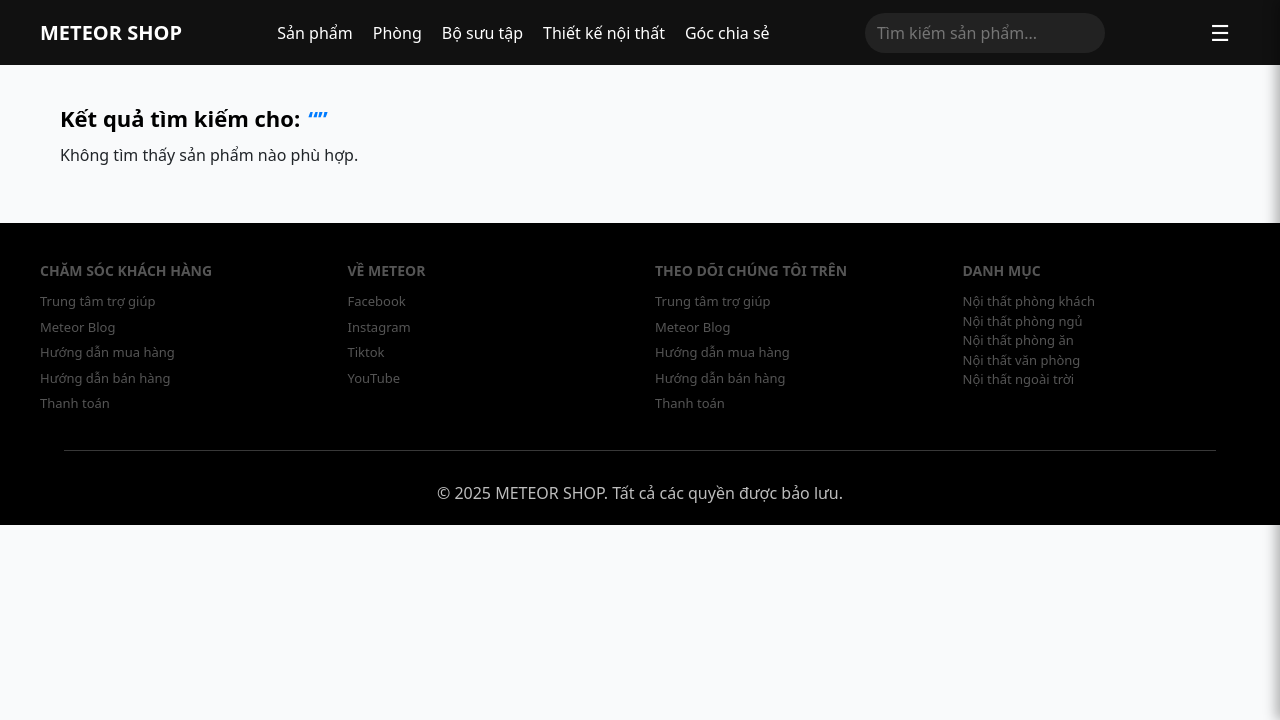
Repository: viethoa0411/Meteor-Shop
Page: http://localhost/search
These files come from the project's save history. The page is drawn as it stood at one moment and after a run of saves; the edit follows.
The browser window is 1280 px wide. The pictures show the whole page.
The page is served by the project's Laravel application, run on PHP 8.4 with Laravel 12. Other server files are loaded and not shown. The database holds what the project's SQL file puts in it.

Above is the page before, as saved 2025-11-09 19:27:45.

### app/Http/Controllers/Client/ProductPublicController.php
<?php

namespace App\Http\Controllers\Client;

use App\Http\Controllers\Controller;
use App\Models\Product;
use App\Models\Category;
use Illuminate\Http\Request;

class ProductPublicController extends Controller
{
    public function search(Request $request)
    {
        $searchQuery = trim($request->input('query'));
        $sort = $request->input('sort', 'popular');
        $categoryId = $request->input('category');

        // Lấy tất cả danh mục đang hoạt động
        $cate = Category::query()
            ->select(['id', 'name', 'slug', 'description', 'parent_id', 'status'])
            ->where('status', 1)
            ->get();

        // Nếu không có từ khóa tìm kiếm, trả về danh sách rỗng
        if (!$searchQuery) {
            $products = collect();
            return view('client.search', compact('products', 'searchQuery', 'cate'));
        }

        // Truy vấn sản phẩm theo từ khóa
        $query = Product::query()
            ->select(['id', 'name', 'slug', 'price', 'image', 'status', 'description', 'created_at', 'category_id'])
            ->where('status', 1)
            ->where(function ($q) use ($searchQuery) {
                $q->where('name', 'LIKE', "%{$searchQuery}%")
                  ->orWhere('description', 'LIKE', "%{$searchQuery}%")
                  ->orWhere('slug', 'LIKE', "%{$searchQuery}%");
            });

        // Lọc theo danh mục nếu có
        if ($categoryId) {
            $query->where('category_id', $categoryId);
        }

        // Sắp xếp theo lựa chọn
        switch ($sort) {
            case 'price_asc':
                $query->orderBy('price', 'asc');
                break;
            case 'price_desc':
                $query->orderBy('price', 'desc');
                break;
            case 'newest':
                $query->orderBy('created_at', 'desc');
                break;
        }

        $products = $query->paginate(8)->withQueryString();

        return view('client.search', compact('products', 'searchQuery', 'cate'));
    }
}

### app/Models/Category.php
<?php

namespace App\Models;

use Illuminate\Database\Eloquent\Model;

class Category extends Model
{
    protected $table = 'categories';
    protected $fillable = [
        'name',
        'slug',
        'description',
        'parent_id',
        'status'
    ];

    public function parent()
    {
        return $this->belongsTo(Category::class, 'parent_id');
    }

    public function children()
    {
        return $this->hasMany(Category::class, 'parent_id')->with('children');
    }
}

### resources/views/client/search.blade.php
@extends('client.layouts.app')

@section('title', 'Kết quả tìm kiếm')

@section('content')
<div style="padding: 40px 20px; max-width: 1200px; margin: 0 auto;">

    <!-- Tiêu đề -->
    <h2 style="font-size: 22px; font-weight:600; margin-bottom:12px; display:flex; align-items:center; gap:8px;">
        Kết quả tìm kiếm cho:
        <span style="color:#007bff;">“{{ $searchQuery }}”</span>
    </h2>


    @if($products->isEmpty())
        <p>Không tìm thấy sản phẩm nào phù hợp.</p>
    @else
        <p style="color:#666; font-size:14px; margin-bottom:24px;">
            Tìm thấy <strong>{{ $products->total() }}</strong> sản phẩm phù hợp.
        </p>

        <!-- Bộ lọc sắp xếp -->
<form method="GET" action="{{ route('client.product.search') }}" style="margin-bottom: 20px;">
    <input type="hidden" name="query" value="{{ $searchQuery }}">
    <label for="sort" style="font-weight: 500; margin-right: 8px;">Sắp xếp theo:</label>
    <select name="sort" id="sort" onchange="this.form.submit()" style="padding: 6px 12px; border-radius: 4px;">
        <option value="newest" {{ request('sort') == 'newest' ? 'selected' : '' }}>Mới nhất</option>
        <option value="price_asc" {{ request('sort') == 'price_asc' ? 'selected' : '' }}>Theo giá: Thấp đến cao</option>
        <option value="price_desc" {{ request('sort') == 'price_desc' ? 'selected' : '' }}>Theo giá: Cao đến thấp</option>
    </select>
</form>

        <!-- Lưới sản phẩm -->
        <div class="grid-products">
            @foreach ($products as $p)
                <a href="{{ route('client.product.detail', $p->slug) }}" class="product-card">
                    <div class="product-img">
                        <img
                            src="{{ $p->image ? asset('storage/'.$p->image) : 'https://via.placeholder.com/400x400?text=No+Image' }}"
                            alt="{{ $p->name }}">
                    </div>
                    <div class="product-name">{{ $p->name }}</div>
                    <div class="product-price">{{ number_format($p->price, 0, ',', '.') }} đ</div>
                </a>
            @endforeach
        </div>

        <!-- Phân trang -->
        <div style="margin-top: 30px;">
            {{ $products->links() }}
        </div>
    @endif
</div>
@endsection

### resources/views/client/layouts/app.blade.php
<!DOCTYPE html>
<html lang="vi">
<head>
    <meta charset="UTF-8">
    <title>@yield('title', 'Meteor Shop')</title>
    <link href="https://cdn.jsdelivr.net/npm/bootstrap@5.3.2/dist/css/bootstrap.min.css" rel="stylesheet">
    <link href="https://cdn.jsdelivr.net/npm/bootstrap-icons@1.10.5/font/bootstrap-icons.css" rel="stylesheet">
    <link rel="stylesheet" href="https://cdnjs.cloudflare.com/ajax/libs/font-awesome/6.4.0/css/all.min.css">
    <meta name="viewport" content="width=device-width, initial-scale=1">
    {{-- <link rel="stylesheet" href="{{ asset('css/app.css') }}"> --}}
    <style>
        body {
            font-family: system-ui, -apple-system, BlinkMacSystemFont, 'Segoe UI', Roboto, Oxygen, Ubuntu, Cantarell, 'Open Sans', 'Helvetica Neue', sans-serif;
            background: #f9fafb;
            margin: 0;
        }

        header {
            max-width: 100%;
            padding: 24px;
            background: #111;
            margin: 0 auto;
            color: #fff;
            padding: 5px 10px;
        }

        /* Header chính */
        .header {
            bottom: #111;
            color: #fff;
            padding: 10px 0;
            position: relative;
        }

        .container-header {
            max-width: 1200px;
            margin: 0 auto;
            display: flex;
            align-items: center;
            justify-content: space-between;
            gap: 16px;
        }

        /* Logo */
        .logo a{
            color: #fff;
            text-decoration: none;
            font-size: 20px;
            font-weight: 600;
        }

        /* Menu ngang */
        .main-nav ul {
            list-style: none;
            display: flex;
            gap: 20px;
            margin: 0;
            padding: 0;
        }

        .main-nav a {
            color: #fff;
            text-decoration: none;
            font-style: 14px;
            font-weight: 500;
            transition: color 0.3s;
        }

        .main-nav a:hover {
            color: #ffb703;
        }

        /* Ô tìm kiếm */
        .search-box {
            display: flex;
            align-items: center;
            background: #222;
            border-radius: 20px;
            overflow: hidden;
            width: 20%;
        }

        .search-box input {
            float: 1;
            padding: 8px 12px;
            border: none;
            background: transparent;
            color: #fff;
        }

        .search-box button {
            background: none;
            border: none;
            color: #fff;
            padding: 8px 10px;
            cursor: pointer;
        }

        .search-box button:hover {
            color: #ffb703;
        }

        /* Icon ☰ nằm cùng dòng */
        .menu-toggle {
            font-size: 22px;
            cursor: pointer;
            padding: 6px 10px;
            transition: color 0.3s;
        }

        .menu-toggle:hover {
             color: #ffb703;
        }

        /* MENU DỌC */
        .vertical-menu {
            position: fixed;
            top: 0;
            right: -33%;
            width: 33%;
            height: 100vh;
            background: rgb(91, 101, 101);
            display: flex;
            flex-direction: column;
            padding: 20px;
            box-shadow: -4px 0 12px  rgba(0, 0, 0, 0.3);
            transition: right 0.3s ease;
            z-index: 1001;
        }

        .vertical-menu a {
            color: #fff;
            text-decoration: none;
            padding: 10px 0;
            font-weight: 500;
        }

        .vertical-menu.active {
            right: 0;
        }

        /* Lớp mờ nền */
        .overlay {
            position: fixed;
            top: 0;
            left: 0;
            width: 100%;
            height: 100vh;
            background: rgba(0, 0, 0, 0.3);
            display: none;
            z-index: 1000;
        }

        .overlay.active {
            display: block;
        }

        footer {
            max-width: 100%;
            padding: 24px;
            background-color: #111;
            margin: 0 auto;
            color: #fff;
            padding: 10px 15px;
        }

        a {
            text-decoration: none;
            color: inherit;
        }

        .product-card {
            background: #fff;
            border-radius: 8px;
            box-shadow: 0 4px 12px rgba(0,0,0,.05);
            padding: 16px;
            display: flex;
            flex-direction: column;
            overflow: hidden; /* giữ ảnh trong khung khi zoom */
            transition: transform 0.3s ease; /* mượt khi hover */
        }

        .product-card:hover {
            transform: translateY(-20px);  /* nâng nhẹ toàn thẻ */
            padding: 16px;
        }

        .product-card img {
            width: 100%;
            aspect-ratio: 1/1; /* giữ tỉ lệ vuông */
            object-fit: cover;
            border-radius: 6px;
            background: #eee;
            transition: transform 0.4s ease; /* hiệu ứng phóng to mượt */
            display: block;
            transform-origin: center center; /* phóng to từ tâm ảnh */
        }

        .product-name {
            font-size: 16px;
            font-weight: 600;
            color: #111;
            margin: 12px 0 4px;
            line-height: 1.4;
            display: -webkit-box;
            -webkit-line-clamp: 2 ; /* số dòng muốn hiển thị */
            -webkit-box-orient: vertical;
            overflow: hidden;
            text-overflow: ellipsis;
        }

        .product-name:hover {
            color: #09f;
            text-decoration: underline;
        }

        .product-price {
            color: #d41;
            font-weight: 600;
            font-size: 15px;
        }

        .grid-products {
            display: grid;
            grid-template-columns: repeat(auto-fill, minmax(calc(90%/4), 1fr));
            align-items: stretch;  /* đảm bảo các ô cao bằng nhau */
            gap: 24px;
        }

        .badge-new {
            font-size: 12px;
            font-weight: 500;
            background: #111;
            color: #fff;
            display: inline-block;
            padding: 2px 8px ;
            border-radius: 10px;
        }

        .related-wrap {
            display: grid;
            grid-template-columns:  repeat(auto-fill, minmax(180px, 1fr));
            gap: 20px;
        }

        .slide-wrapper  {
            position: relative;
            width: 100%;
            max-width: 100%;
            height: 600px;
            overflow: hidden;
            margin-bottom: 24px;
        }

        .slide {
            position: absolute;
            inset: 0;
            display:flex;
            flex-direction: column;
            align-items: center;
            justify-content: center;
            opacity: 0;
            transition: opacity .7s
        }

        .slide.active{
            opacity:  1;
        }

        .imageSlide {
            width: 100vw;
            height: 90vh;
            object-fit: cover;
            position: absolute;
            z-index: -1;
            filter: brightness(0.6)
        }

        h2 {
            color: #000;
            font-size: 2em;
            margin-bottom: 20px;
            z-index: 1
        }

        /* button {
            z-index: 1;
            padding: 10px 20px ;
            border: none;
            border-radius: 8px;
            background: #09f;
            color: #fff;
            cursor: pointer;
            font-style: 1em;
        } */

        .article-card:hover {
            transform: translateY(-10px);
            box-shadow: 0 8ox 20px rgba(0,0,0,0.15);
        }

        @media (max-width:776px) {
            .room{grid-template-columns: 1fr !important;
        }}

        @media (max-width:776px) {
            .grid-products{
                grid-template-columns: repeat(2, 1fr) !important;
                gap: 16px;
        }}
    </style>
    @stack('head')

</head>
<body>

    <header class="header">
        <div class="container-header">
            {{-- Logo --}}
            <div class="logo">
                <a href="{{ route('client.home') }}">METEOR SHOP</a>
            </div>

            {{-- Menu ngang --}}
            <nav class="main-nav">
                <ul>
                    <li><a href="#">Sản phẩm</a></li>
                    <li><a href="#">Phòng</a></li>
                    <li><a href="#">Bộ sưu tập</a></li>
                    <li><a href="#">Thiết kế nội thất</a></li>
                    <li><a href="#">Góc chia sẻ</a></li>
                </ul>
            </nav>
            <!-- Ô tìm kiếm -->
            {{-- <form action="{{ route('client.product.search') }}" method="GET" class="search-box"> --}}
            <form action="{{ route('client.product.search') }}" method="GET" class="search-box">
                <input type="text" name="query" placeholder="Tìm kiếm sản phẩm..." value="{{ $searchQuery ?? '' }}">
                <button type="submit">
                    <i class="fa fa-search"></i>
                </button>
            </form>


            <!-- Icon menu dọc -->
            <div class="menu-toggle">☰</div>

        </div>

        <!-- Menu dọc -->
        <div class="overlay"></div>
            @if (isset($cate) && $cate->count() > 0)
                <div class="vertical-menu">
                    @foreach ($cate as $c)
                        <a href="">{{ $c->name }}</a>
                        <a href="{{ route('client.product.category', $c->slug) }}">{{ $c->name }}</a>
                    @endforeach
                </div>
            @else
                <div class="vertical-menu">
                    <a href="#">Hiện chưa có danh mục</a>
                </div>
            @endif
    </header>

    <main>
        @yield('content')
    </main>

    <footer style="background: #000000; padding:40px 0 20px; font-size:13px; color:#555">
        <div style="max-width:1200px; margin:auto; display:flex; justify-content:space-between;flex-wrap:wrap; gap:30px">
            <!-- Cột 1 -->
            <div style="flex:1; min-width:180px">
                <h4 style="font-size: 14px; font-weight:600;margin-bottom:12px">CHĂM SÓC KHÁCH HÀNG</h4>
                <p style="margin: 6px 0">Trung tâm trợ giúp</p>
                <p style="margin: 6px 0">Meteor Blog</p>
                <p style="margin: 6px 0">Hướng dẫn mua hàng</p>
                <p style="margin: 6px 0">Hướng dẫn bán hàng</p>
                <p style="margin: 6px 0">Thanh toán</p>
            </div>

             <!-- Cột 2-->
            <div style="flex:1; min-width:180px">
                <h4 style="font-size: 14px; font-weight:600;margin-bottom:12px">VỀ METEOR</h4>
                <p style="margin: 6px 0">Facebook</p>
                <p style="margin: 6px 0">Instagram</p>
                <p style="margin: 6px 0">Tiktok</p>
                <p style="margin: 6px 0">YouTube</p>
            </div>

             <!-- Cột 3 -->
            <div style="flex:1; min-width:180px">
                <h4 style="font-size: 14px; font-weight:600;margin-bottom:12px">THEO DÕI CHÚNG TÔI TRÊN</h4>
                <p style="margin: 6px 0">Trung tâm trợ giúp</p>
                <p style="margin: 6px 0">Meteor Blog</p>
                <p style="margin: 6px 0">Hướng dẫn mua hàng</p>
                <p style="margin: 6px 0">Hướng dẫn bán hàng</p>
                <p style="margin: 6px 0">Thanh toán</p>
            </div>

             <!-- Cột 4 -->
            <div style="flex:1; min-width:180px">
                <h4 style="font-size: 14px; font-weight:600;margin-bottom:12px">DANH MỤC</h4>
                <a href="" style="margin: 6px 0">Nội thất phòng khách</a> <br>
                <a href="" style="margin: 6px 0">Nội thất phòng ngủ</a> <br>
                <a href="" style="margin: 6px 0">Nội thất phòng ăn</a> <br>
                <a href="" style="margin: 6px 0">Nội thất văn phòng</a> <br>
                <a href="" style="margin: 6px 0">Nội thất ngoài trời</a> <br>
            </div>
        </div>
        <hr style="margin:30px auto;width:90%;border:0;border-top:1px solid #ddd;">
        <div style="text-align: center; color:#bdbdbd; font-size: 16px">
            © 2025 METEOR SHOP. Tất cả các quyền được bảo lưu.
        </div>
    </footer>

    {{-- Script cho menu dọc --}}
    <script>
        document.addEventListener('DOMContentLoaded', function() {
            const menuToggle = document.querySelector('.menu-toggle');
            const verticalMenu = document.querySelector('.vertical-menu');
            const overlay = document.querySelector('.overlay');

            function closeMenu() {
                verticalMenu.classList.remove('active');
                overlay.classList.remove('active');
            }

            menuToggle.addEventListener('click', function(e) {
                e.stopPropagation();
                verticalMenu.classList.toggle('active');
                overlay.classList.toggle('active');
            });

            overlay.addEventListener('click', closeMenu);
            document.addEventListener('click', function(e) {
                if (!verticalMenu.contains(e.target) && !menuToggle.contains(e.target)) {
                    closeMenu();
                }
            });
        });
    </script>
</body>
</html>

### meteo.sql (the tables this page reads)
CREATE TABLE `categories` (
  `id` bigint UNSIGNED NOT NULL,
  `name` varchar(255) CHARACTER SET utf8mb4 COLLATE utf8mb4_unicode_ci NOT NULL,
  `slug` varchar(255) CHARACTER SET utf8mb4 COLLATE utf8mb4_unicode_ci NOT NULL,
  `description` text CHARACTER SET utf8mb4 COLLATE utf8mb4_unicode_ci,
  `parent_id` bigint UNSIGNED DEFAULT NULL,
  `status` enum('active','inactive') CHARACTER SET utf8mb4 COLLATE utf8mb4_unicode_ci NOT NULL DEFAULT 'active',
  `created_at` timestamp NULL DEFAULT NULL,
  `updated_at` timestamp NULL DEFAULT NULL
) ENGINE=InnoDB DEFAULT CHARSET=utf8mb4 COLLATE=utf8mb4_unicode_ci;

INSERT INTO `categories` (`id`, `name`, `slug`, `description`, `parent_id`, `status`, `created_at`, `updated_at`) VALUES
(12, 'Phòng Khách', 'phong-khach', NULL, NULL, 'active', '2025-11-16 18:39:42', '2025-11-16 18:39:42'),
(13, 'sofa', 'sofa', NULL, 12, 'active', '2025-11-16 18:41:24', '2025-11-16 18:41:24'),
(14, 'Phòng ngủ', 'phong-ngu', NULL, NULL, 'active', '2025-11-17 19:47:17', '2025-11-17 19:47:17'),
(15, 'Phòng làm việc', 'phong-lam-viec', NULL, NULL, 'active', '2025-11-17 19:47:35', '2025-11-17 19:47:35'),
(16, 'Phòng ăn', 'phong-an', NULL, NULL, 'active', '2025-11-17 19:47:45', '2025-11-17 19:47:45'),
(17, 'Giường ngủ', 'giuong-ngu', NULL, 14, 'active', '2025-11-17 19:48:37', '2025-11-17 19:48:37'),
(18, 'Bàn ăn', 'ban-an', NULL, 16, 'active', '2025-11-18 01:20:08', '2025-11-18 01:20:08');

ALTER TABLE `categories`
  ADD PRIMARY KEY (`id`),
  ADD UNIQUE KEY `categories_slug_unique` (`slug`),
  ADD KEY `categories_parent_id_foreign` (`parent_id`);

ALTER TABLE `categories`
  MODIFY `id` bigint UNSIGNED NOT NULL AUTO_INCREMENT, AUTO_INCREMENT=19;

ALTER TABLE `categories`
  ADD CONSTRAINT `categories_parent_id_foreign` FOREIGN KEY (`parent_id`) REFERENCES `categories` (`id`) ON DELETE SET NULL;

Loaded but not shown: app/Providers/AppServiceProvider.php (common file); app/Http/Controllers/Controller.php (common file); routes/web.php (108 lines, source omitted)

After the next 2 saves:
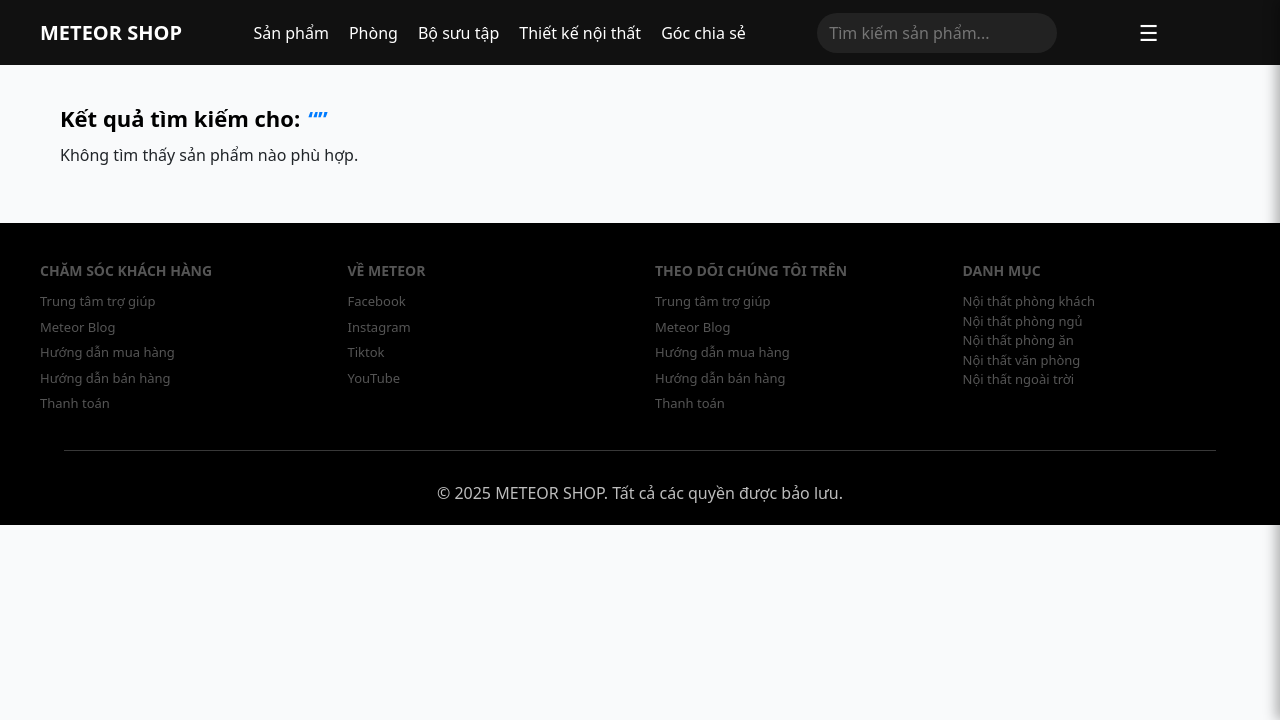
The 2 saves are shown as one change because they came seconds apart.
The last was saved 6 s later.
--- a/resources/views/client/layouts/app.blade.php
+++ b/resources/views/client/layouts/app.blade.php
@@ -343,7 +343,9 @@
 
             <!-- Icon menu dọc -->
             <div class="menu-toggle">☰</div>
-
+            <div class="">
+
+            </div>
         </div>
 
         <!-- Menu dọc -->
